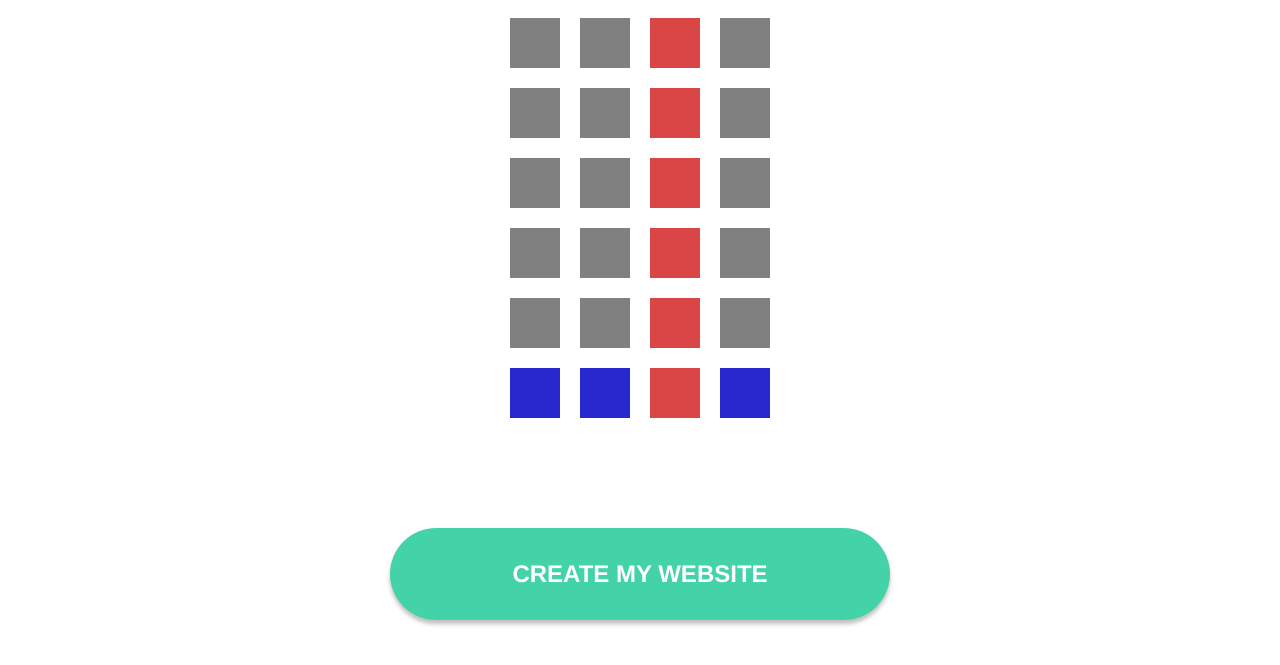
Repository: batonAnton/Hw-Lec-8
Page: index.html
These files come from the project's save history. The page is drawn as it stood at one moment and after the next save; the edit follows.
The browser window is 1280 px wide. The pictures show the whole page.

Above is the page before, as saved 2022-06-24 12:15:33.

### index.html
<!DOCTYPE html>
<html lang="en">
<head>
    <meta charset="UTF-8">
    <meta http-equiv="X-UA-Compatible" content="IE=edge">
    <meta name="viewport" content="width=device-width, initial-scale=1.0">
    <link rel="stylesheet" href="./css/style.css">
    <title>PseudoClass</title>
</head>
<body>
    <div class="allblock">
        <div class="row">
            <div class="block"></div>
            <div class="block"></div>
            <div class="block"></div>
            <div class="block"></div>
        </div>

        <div class="row">
            <div class="block"></div>
            <div class="block"></div>
            <div class="block"></div>
            <div class="block"></div>
        </div>

        <div class="row">
            <div class="block"></div>
            <div class="block"></div>
            <div class="block"></div>
            <div class="block"></div>
        </div>

        <div class="row">
            <div class="block"></div>
            <div class="block"></div>
            <div class="block"></div>
            <div class="block"></div>
        </div>

        <div class="row">
            <div class="block"></div>
            <div class="block"></div>
            <div class="block"></div>
            <div class="block"></div>
        </div>

        <div class="row row-last">
            <div class="block"></div>
            <div class="block"></div>
            <div class="block"></div>
            <div class="block"></div>
        </div>

    </div>

    <div class="section">

        <button>CREATE MY WEBSITE</button>
    </div>
</body>
</html>

### css/style.css
*{
    width: 100%;
    margin-left: auto;
    margin-right: auto;
}

.row{
    display: flex;
    justify-content: center;

}

.block{
    width: 50px;
    height: 50px;
    background-color: gray;
    margin: 10px;
}

 .block:nth-child(3){
    background-color: rgb(218, 69, 69);
}

.row-last .block:nth-child(1), .row-last .block:nth-child(2), .row-last .block:nth-child(4){
    background-color: rgb(40, 40, 207);
}


button{
margin-top: 100px ;
width: 500px;
height: 92px;
font-family: 'Helvetica';
font-style: normal;
font-weight: 700;
font-size: 24px;
line-height: 28px;
display: flex;
justify-content: center;
align-items: center;
text-align: center;
background-color: #44D3A8;
box-shadow: 0px 4px 4px rgba(0, 0, 0, 0.25);
border-radius: 100px;
color: #FFFFFF;
border: none;
}

.section::before{
    content: " ";
    width: 200px;
    height: 20px;
    border-top: 5px solid #44D3A8;
    border-bottom: 5px solid #44D3A8;

}

.section::after{
    width: 200px;
    height: 2px;
    border-top: 1px solid #44D3A8;
    border-bottom: 1px solid #44D3A8;
    content: " ";


}

After the next save:
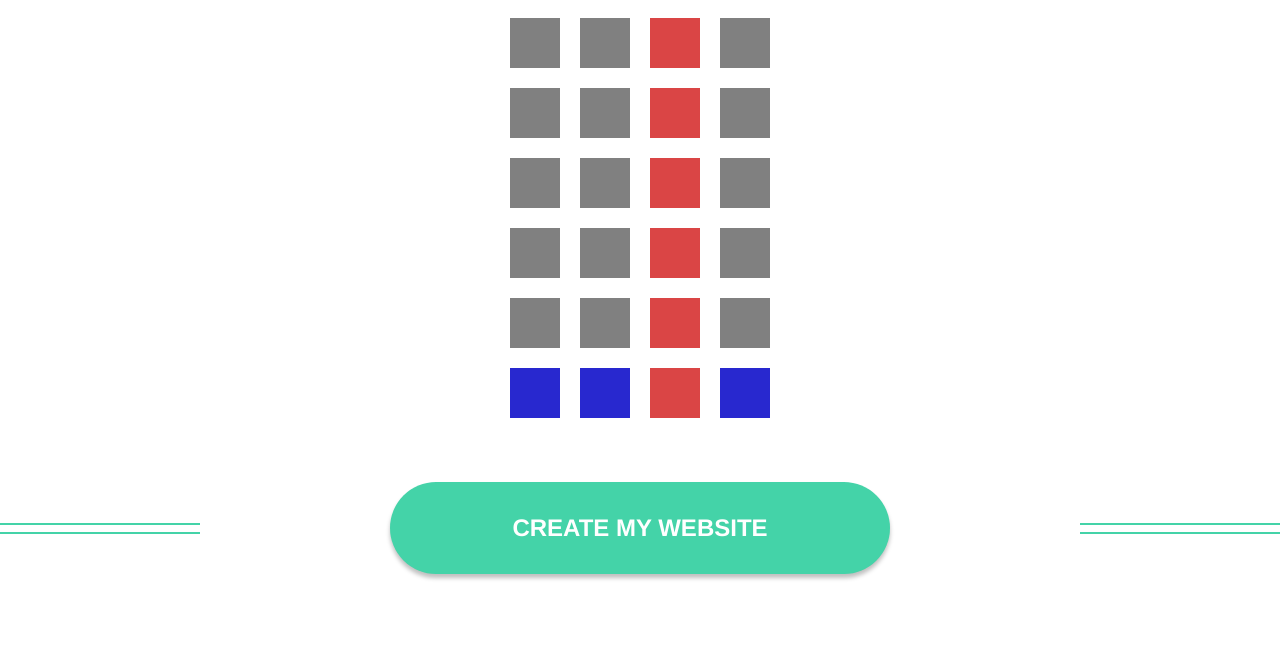
Saved 13 min 56 s later.
--- a/css/style.css
+++ b/css/style.css
@@ -28,6 +28,7 @@
 
 button{
 margin-top: 100px ;
+margin-bottom: 100px ;
 width: 500px;
 height: 92px;
 font-family: 'Helvetica';
@@ -46,21 +47,33 @@ color: #FFFFFF;
 border: none;
 }
 
+
+.section{
+    width: 100%;
+    height: 200px;
+    display: flex;
+    align-items: center;
+    justify-content: center;
+}
 .section::before{
     content: " ";
     width: 200px;
-    height: 20px;
-    border-top: 5px solid #44D3A8;
-    border-bottom: 5px solid #44D3A8;
+    height: 2px;
+    padding-top: 5px;
+    border-top: 2px solid #44D3A8;
+    border-bottom: 2px solid #44D3A8;
 
 }
 
 .section::after{
+    content: " ";
     width: 200px;
     height: 2px;
-    border-top: 1px solid #44D3A8;
-    border-bottom: 1px solid #44D3A8;
-    content: " ";
+    padding-top: 5px;
+    margin-right: 0;
+    border-top: 2px solid #44D3A8;
+    border-bottom: 2px solid #44D3A8;
+
 
 
 }
